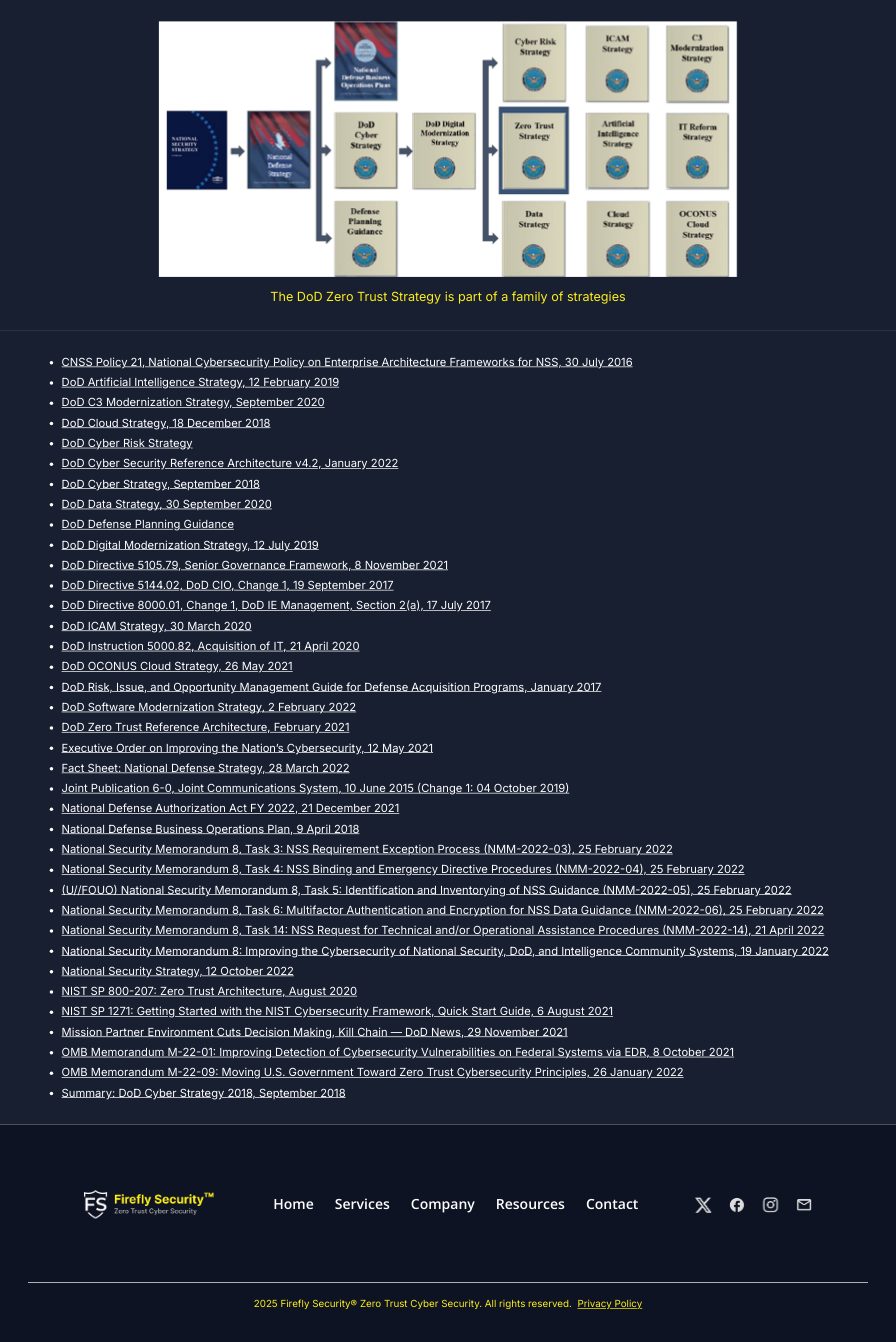
Repository: MAsif804/firefly-security
Page: /resources
The author's editor kept a copy of each file at every save. The page is drawn from the files as they stood at one save, then again after the next save.
The browser window is 1280 px wide. The pictures show the part of the page from y = 2032 to 3952 px (the page is 3949 px tall before and 3952 px after), at 70% of full size.
The project was rebuilt for these pictures with package versions that can differ from the ones it lists, and the page was loaded fresh each time. Also part of the build but not shown: vite.config.ts, src/components/ui/button.tsx, src/components/landing/hero.tsx, src/components/landing/zero-trust.tsx, src/components/ui/card.tsx, src/components/landing/zero-tenants.tsx, src/components/landing/benefite.tsx, src/components/landing/approach.tsx and 12 more.

Above is the page before, as saved 2025-08-02 11:36:04.

### index.html
<!DOCTYPE html>
<html lang="en">
  <head>
    <meta charset="UTF-8" />
    <link rel="icon" type="image/svg+xml" href="/logo.png" />
    <meta name="viewport" content="width=device-width, initial-scale=1.0" />
    <link rel="preconnect" href="https://fonts.googleapis.com" />
    <link rel="preconnect" href="https://fonts.gstatic.com" crossorigin />
    <link rel="preconnect" href="https://fonts.googleapis.com" />
    <link rel="preconnect" href="https://fonts.gstatic.com" crossorigin />
    <link
      href="https://fonts.googleapis.com/css2?family=Inter:ital,opsz,wght@0,14..32,100..900;1,14..32,100..900&family=Manrope:wght@200..800&family=Open+Sans:ital,wght@0,300..800;1,300..800&family=Plus+Jakarta+Sans:ital,wght@0,200..800;1,200..800&family=Roboto:ital,wght@0,100..900;1,100..900&display=swap"
      rel="stylesheet"
    />
    <title>Firefly Security</title>
  </head>
  <body>
    <div id="root"></div>
    <script type="module" src="/src/main.tsx"></script>
  </body>
</html>

### src/App.tsx
import { BrowserRouter, Route, Routes } from "react-router-dom";
import Footer from "./components/ui/footer";
import Header from "./components/ui/header";
import LandingPage from "./pages/landing";
import Services from "./pages/services";
import Company from "./pages/company";
import ResourcesPage from "./pages/resources";
import Contact from "./pages/contact";

const App = () => {
  return (
    <>
      <Header />
      <BrowserRouter>
        <Routes>
          <Route path="/" element={<LandingPage />} />
          <Route path="/services" element={<Services />} />
          <Route path="/company" element={<Company />} />
          <Route path="/resources" element={<ResourcesPage />} />
          <Route path="/contact" element={<Contact />} />
        </Routes>
      </BrowserRouter>
      <Footer />
    </>
  );
};

export default App;

### src/components/ui/footer.tsx


import { useState } from "react";

const Footer = () => {
  const [isMobileMenuOpen, setIsMobileMenuOpen] = useState(false);

  return (
    <footer className="flex w-full max-w-[1440px] mx-auto items-center justify-center pt-10 sm:pt-14 md:pt-[60px] lg:pt-[80px] pb-8 sm:pb-10 md:pb-[35px] lg:pb-[45px] px-4 sm:px-6 md:px-[30px] lg:px-[40px] bg-[#0D1323]">
      <div className="flex w-full items-center flex-col gap-8 sm:gap-12 md:gap-[50px] lg:gap-[77px]">
        {/* Footer Top Section */}
        <div className="flex w-full flex-col md:flex-row px-0 sm:px-6 md:px-[20px] lg:px-[40px] xl:px-[80px] items-center justify-between gap-8 md:gap-0">
          {/* Logo */}
          <div className="flex items-center gap-2 sm:gap-[10px] w-auto sm:w-[192px]">
            <img src="/logo.png" alt="Firefly Security Logo" className="w-[28px] sm:w-[33px] h-[35px] sm:h-[40px] aspect-[33/40]" />
            <img src="/logo-text.png" alt="Firefly Security" className="w-[120px] sm:w-[142px]" />
          </div>

          {/* Mobile Menu Toggle */}
          <button
            className="md:hidden flex flex-col justify-center items-center p-2 rounded-md text-white hover:text-[#FDED1B] focus:outline-none"
            onClick={() => setIsMobileMenuOpen(!isMobileMenuOpen)}
            aria-label="Toggle footer menu"
          >
            {isMobileMenuOpen ? "Close Menu" : "Menu & Social"}
          </button>

          {/* Navigation and Social Icons - Desktop */}
          <div className="hidden md:flex items-center gap-6 lg:gap-[40px] xl:gap-[80px]">
            <ul className="flex py-4 md:py-[20px] items-center gap-3 md:gap-4 lg:gap-[20px] xl:gap-[30px]">
              <a href="/">
                <li className="cursor-pointer hover:text-[#FDED1B] data-[state=active]:text-[#FDED1B] text-white font-Open text-base sm:text-lg lg:text-[18px] xl:text-[20px] font-semibold">Home</li>
              </a>
              <a href="/services">
                <li className="cursor-pointer hover:text-[#FDED1B] data-[state=active]:text-[#FDED1B] text-white font-Open text-base sm:text-lg lg:text-[18px] xl:text-[20px] font-semibold">Services</li>
              </a>
              <a href="/company">
                <li className="cursor-pointer hover:text-[#FDED1B] data-[state=active]:text-[#FDED1B] text-white font-Open text-base sm:text-lg lg:text-[18px] xl:text-[20px] font-semibold">Company</li>
              </a>
              <a href="/resources">
                <li className="cursor-pointer hover:text-[#FDED1B] data-[state=active]:text-[#FDED1B] text-white font-Open text-base sm:text-lg lg:text-[18px] xl:text-[20px] font-semibold">Resources</li>
              </a>
              <a href="/contact">
                <li className="cursor-pointer hover:text-[#FDED1B] data-[state=active]:text-[#FDED1B] text-white font-Open text-base sm:text-lg lg:text-[18px] xl:text-[20px] font-semibold">Contact</li>
              </a>
            </ul>
            <div className="flex items-center gap-4 sm:gap-[24px]">
              <a href="#" aria-label="Twitter">
                <img src="/twitter.png" alt="Twitter" className="w-5 h-5 sm:w-[24px] sm:h-[24px] aspect-square hover:opacity-80" />
              </a>
              <a href="#" aria-label="Facebook">
                <img src="/facebook.png" alt="Facebook" className="w-5 h-5 sm:w-[24px] sm:h-[24px] aspect-square hover:opacity-80" />
              </a>
              <a href="#" aria-label="Instagram">
                <img src="/instagram.png" alt="Instagram" className="w-5 h-5 sm:w-[24px] sm:h-[24px] aspect-square hover:opacity-80" />
              </a>
              <a href="#" aria-label="Mail">
                <img src="/mail.png" alt="Mail" className="w-5 h-5 sm:w-[24px] sm:h-[24px] aspect-square hover:opacity-80" />
              </a>
            </div>
          </div>

          {/* Mobile Navigation and Social Icons */}
          {isMobileMenuOpen && (
            <div className="md:hidden w-full flex flex-col items-center gap-6">
              <ul className="flex flex-col w-full items-center gap-4 py-4">
                <a href="/" className="w-full text-center">
                  <li className="cursor-pointer hover:text-[#FDED1B] data-[state=active]:text-[#FDED1B] text-white font-Open text-lg font-semibold py-2">Home</li>
                </a>
                <a href="/services" className="w-full text-center">
                  <li className="cursor-pointer hover:text-[#FDED1B] data-[state=active]:text-[#FDED1B] text-white font-Open text-lg font-semibold py-2">Services</li>
                </a>
                <a href="/company" className="w-full text-center">
                  <li className="cursor-pointer hover:text-[#FDED1B] data-[state=active]:text-[#FDED1B] text-white font-Open text-lg font-semibold py-2">Company</li>
                </a>
                <a href="/resources" className="w-full text-center">
                  <li className="cursor-pointer hover:text-[#FDED1B] data-[state=active]:text-[#FDED1B] text-white font-Open text-lg font-semibold py-2">Resources</li>
                </a>
                <a href="/contact" className="w-full text-center">
                  <li className="cursor-pointer hover:text-[#FDED1B] data-[state=active]:text-[#FDED1B] text-white font-Open text-lg font-semibold py-2">Contact</li>
                </a>
              </ul>
              <div className="flex items-center justify-center gap-6 py-4">
                <a href="#" aria-label="Twitter">
                  <img src="/twitter.png" alt="Twitter" className="w-6 h-6 aspect-square hover:opacity-80" />
                </a>
                <a href="#" aria-label="Facebook">
                  <img src="/facebook.png" alt="Facebook" className="w-6 h-6 aspect-square hover:opacity-80" />
                </a>
                <a href="#" aria-label="Instagram">
                  <img src="/instagram.png" alt="Instagram" className="w-6 h-6 aspect-square hover:opacity-80" />
                </a>
                <a href="#" aria-label="Mail">
                  <img src="/mail.png" alt="Mail" className="w-6 h-6 aspect-square hover:opacity-80" />
                </a>
              </div>
            </div>
          )}
        </div>

        {/* Footer Bottom Section */}
        <div className="flex w-full flex-col items-center gap-4 sm:gap-[20px]">
          <hr className="w-full bg-[#3E4550] h-[1px]"/>
          <p className="text-[#FDED1B] font-Inter text-xs sm:text-[14px] font-normal leading-normal sm:leading-[20px] text-center px-4">
            2025 Firefly Security® Zero Trust Cyber Security. All rights reserved. {""}
            <span className="text-[#FDED1B] font-Inter text-xs sm:text-[14px] underline font-normal leading-normal sm:leading-[20px] cursor-pointer hover:text-[#FDED1B] ml-1">Privacy Policy</span>
          </p>
        </div>
      </div>
    </footer>
  )
};

export default Footer;

### src/components/ui/header.tsx
import { cn } from "@/lib/utils";


const Header = () => {
  return (
    <nav className="flex w-full max-w-[1440px]  mx-auto items-center justify-center py-[7px] px-[77px] bg-[#334155]">
      <div className="flex  w-full items-center justify-between">
        <div className="flex items-center gap-[10px] w-[192px]">
          <img src="/logo.png" alt="" className="w-[33px] h-[40px] aspect-[33/40]" />
          <img src="/logo-text.png" alt="" className="w-[142px] " />
        </div>
        <div className="flex items-center gap-[42px]">
          <ul className="flex py-[20px] items-center gap-[30px]">
            <a href="/">
              <li className="cursor-pointer hover:text-white data-[state=active]:text-white text-[#FDED1B] font-Open text-[20px] font-semibold ">Home</li>
            </a>
            <a href="/services">
              <li className="cursor-pointer hover:text-white data-[state=active]:text-white text-[#FDED1B] font-Open text-[20px] font-semibold ">Services</li>
            </a>
            <a href="/company">
              <li className="cursor-pointer hover:text-white data-[state=active]:text-white text-[#FDED1B] font-Open text-[20px] font-semibold ">Company</li>
            </a>
            <a href="/resources">
              <li className="cursor-pointer hover:text-white data-[state=active]:text-white text-[#FDED1B] font-Open text-[20px] font-semibold ">Resources</li>
            </a>
            <a href="/contact">
              <li className="cursor-pointer hover:text-white data-[state=active]:text-white text-[#FDED1B] font-Open text-[20px] font-semibold ">Contact</li>
            </a>
          </ul>
          <div className="relative flex h-[42px] w-full flex-col items-center gap-[12px]">
            <input
              placeholder="Search"

              className={cn(
                "w-full h-[42px] px-[20px] py-[10px] pl-[2.25rem] placeholder:text-[16px]",
                " placeholder:text-[#BCBCBC] rounded-[12px] border border-[#FDED1B]",
                "font-poppins bg-transparent text-[16px]/normal font-normal not-italic text-[#BCBCBC]",
                "tracking-[0.64px] focus-visible:ring-none focus-visible:ring-0"
              )}
            />
            <svg
              className="absolute left-2.5 top-1/2 h-5 w-5 -translate-y-1/2 text-[#BCBCBC]"
              xmlns="http://www.w3.org/2000/svg"
              width="20"
              height="20"
              viewBox="0 0 20 20"
              fill="none"
            >
              <path
                d="M17.5 17.5L13.875 13.875M15.8333 9.16667C15.8333 12.8486 12.8486 15.8333 9.16667 15.8333C5.48477 15.8333 2.5 12.8486 2.5 9.16667C2.5 5.48477 5.48477 2.5 9.16667 2.5C12.8486 2.5 15.8333 5.48477 15.8333 9.16667Z"
                stroke="#546571"
                strokeWidth="1.66667"
                strokeLinecap="round"
                strokeLinejoin="round"
              />
            </svg>
          </div>
        </div>
      </div>
    </nav>
  );
};

export default Header;

### src/pages/resources.tsx
import Hero from "@/components/resources/hero";
import CyberSecurity from "@/components/resources/cyber-security";
import Executive from "@/components/resources/executive";
import Resources from "@/components/resources/resources";
import ResourceText from "@/components/resources/resource-text";
const ResourcesPage = () => {
    return (
        <div>
            <Hero/>
            <CyberSecurity/>
            <Executive/>
            <Resources/>
            <ResourceText/>
        </div>
    );
};
export default ResourcesPage;

### src/components/resources/hero.tsx

const Hero = () => {
  return (
    <section className="relative w-full min-h-[500px] h-screen flex items-center bg-[#0D1323] overflow-hidden">
      {/* Background pattern */}
      <div className="absolute inset-0 bg-[#1E293BB2] opacity-20"
           style={{
             backgroundImage: `url("/hero.png")`,
             backgroundSize: "cover",
             backgroundPosition: "center",
           }}
      />
      <div className="w-full px-4 sm:px-6 md:px-10 lg:px-[88px]">
        <div className="w-full max-w-xs sm:max-w-md md:max-w-lg lg:w-[560px] px-2 sm:pl-4 md:pl-8 mx-auto text-center lg:text-left lg:mx-0">
          <h1 className="text-xl sm:text-2xl md:text-[24px] lg:text-[40px] font-Inter font-medium text-white leading-normal sm:leading-relaxed md:leading-[50px] mb-4 sm:mb-6">
            Cybersecurity Resources, Insights & Tools
          </h1>

        </div>
        <p className="text-xs sm:text-sm md:text-[14px] w-full max-w-xs sm:max-w-md md:max-w-lg lg:max-w-[700px] px-2 sm:pl-4 md:pl-8 font-medium font-Inter leading-normal sm:leading-6 text-[#FDED1B] mb-4 sm:mb-6 md:mb-8 mx-auto lg:mx-0">
          Stay ahead of evolving cyber threats with our curated library of Zero Trust guides, whitepapers, case studies, and expert insights designed to strengthen your digital defense.
        </p>
      </div>
    </section>
  );
};

export default Hero;

### src/components/resources/cyber-security.tsx


const CyberSecurity = () => {
    return (
        <section className="flex w-full max-w-[1440px] mx-auto px-4 sm:px-6 md:px-10 lg:px-[88px] py-8 sm:py-10 md:py-[60px] justify-center items-center bg-[#171F31]">
            <div className="flex w-full flex-col md:flex-row items-center justify-between gap-8 md:gap-6 lg:gap-10">
                <div className="flex w-full md:w-1/2 flex-col items-start gap-5 sm:gap-6 md:gap-[25px]">
                    <h6 className="text-[#FDED1B] font-Inter text-xl sm:text-2xl md:text-[27px] font-medium leading-normal sm:leading-tight md:leading-[25px]">
                        What is the purpose of Cyber Security?
                    </h6>
                    <p className="text-[#ffffff] font-Inter text-sm sm:text-base md:text-[18px] leading-relaxed sm:leading-[22px] font-normal">
                        The main purpose of Cyber Security is to protect data. Previous versions of cybersecurity Frameworks focused on users. strong complex passwords, rotate every 30 days MFA build strong parameters to keep unauthorized users out.
                    </p>
                    <h6 className="text-[#FDED1B] font-Inter text-xl sm:text-2xl md:text-[27px] font-medium leading-normal sm:leading-tight md:leading-[25px]">
                        Zero Trust - The focus in the data
                    </h6>
                    <p className="text-[#ffffff] font-Inter text-sm sm:text-base md:text-[18px] leading-relaxed sm:leading-[22px] font-normal">
                        This shift in philosophy ia a significant change for the cyber security approach and represents a major cultural change throughout the DoD Cybersecurity system.
                    </p>
                </div>
                <img src="/resources-1.png" alt="Cybersecurity illustration" className="w-full max-w-[300px] sm:max-w-[350px] md:max-w-[402px] h-auto object-contain" />
            </div>
        </section>
    );
};
export default CyberSecurity;

### src/components/resources/executive.tsx



const Executive = () => {
    return (
        <section className="flex w-full max-w-[1440px] mx-auto px-4 sm:px-6 md:px-10 lg:px-[88px] py-6 sm:py-8 md:py-[35px] justify-center items-center bg-[#171F31]">
            <div className="flex w-full flex-col items-start gap-6 sm:gap-8 md:gap-[45px]">
                <h6 className="text-[#FDED1B] font-Inter text-xl sm:text-2xl md:text-[27px] font-medium leading-normal sm:leading-tight md:leading-[25px] text-center md:text-left w-full">
                    Executive Order (EO) 1408 May 12, 2021
                </h6>
                <img
                    src="/resources-2.png"
                    alt="Executive Order 14028 infographic"
                    className="w-full h-auto object-contain rounded-lg shadow-lg"
                    loading="lazy"
                />
            </div>
        </section>
    );
};
export default Executive;

### src/components/resources/resources.tsx

const Resources = () => {
    return (
        <section className="flex w-full max-w-[1440px] mx-auto px-[88px] py-[35px] justify-center items-center bg-[#171F31]">
            <div className="flex w-full flex-col items-start gap-[45px]">
                <h6 className="text-[#FDED1B] text-left font-Inter text-[27px] font-medium leading-[25px]">
                    Resources
                </h6>
                <div className="flex w-full flex-col items-center justify-center">
                    <img src="/resources-3.png" alt="" className="w-[826px] h-[365px]  " />
                    <p className="text-[#FDED1B] text-left font-Inter text-[18px] font-normal leading-[25px] mt-4">
                        The DoD Zero Trust Strategy is part of a family of strategies
                    </p>
                </div>

            </div>

        </section>
    );
};
export default Resources;

Loaded but not shown: src/main.tsx (common file); src/index.css (common file); src/lib/utils.ts (common file); tailwind.config.js (70 lines, source omitted); src/components/resources/resource-text.tsx (128 lines, source omitted)

After the next save:
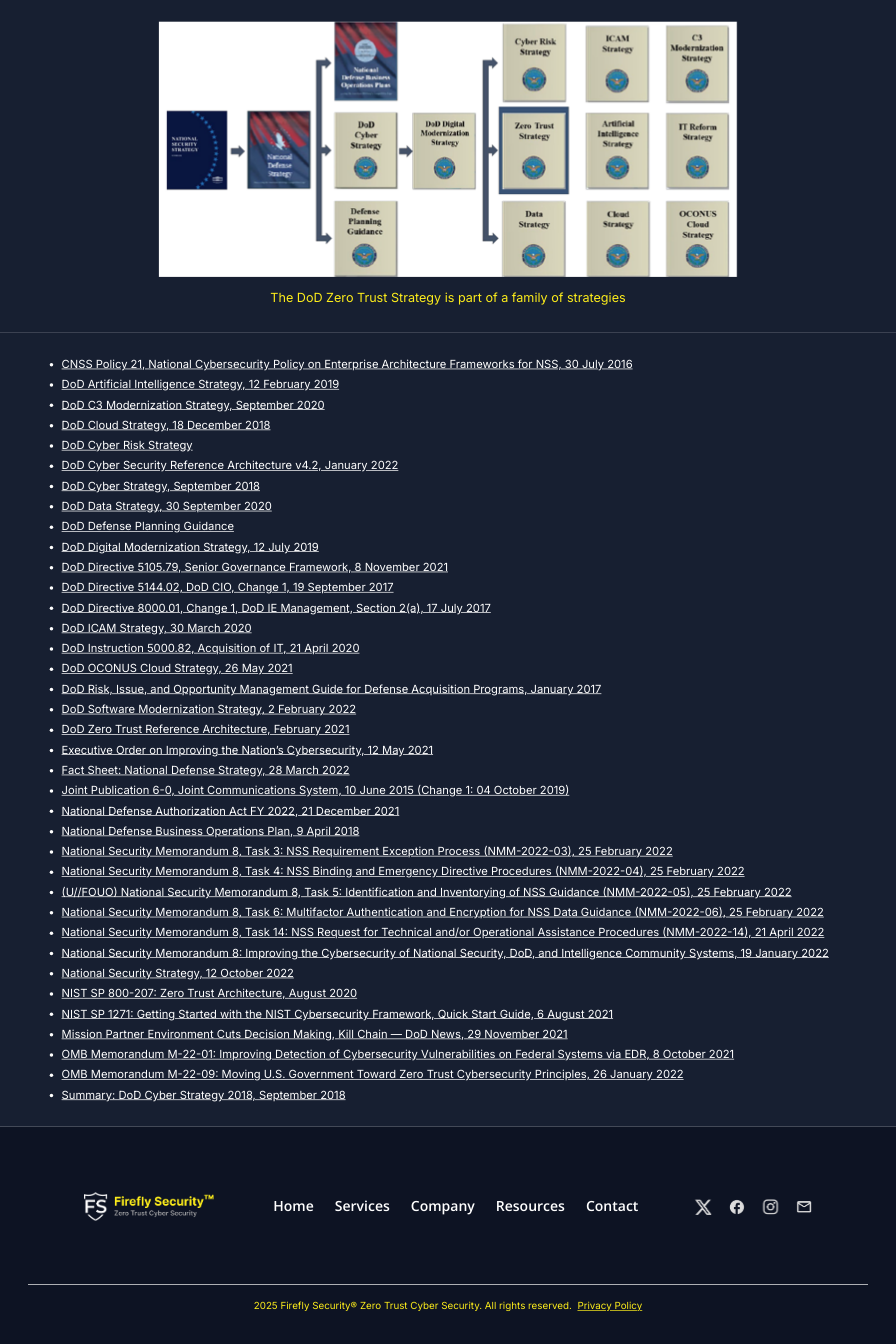
Saved 98 s later.
--- a/src/components/resources/resources.tsx
+++ b/src/components/resources/resources.tsx
@@ -1,21 +1,25 @@
-
 const Resources = () => {
     return (
-        <section className="flex w-full max-w-[1440px] mx-auto px-[88px] py-[35px] justify-center items-center bg-[#171F31]">
-            <div className="flex w-full flex-col items-start gap-[45px]">
-                <h6 className="text-[#FDED1B] text-left font-Inter text-[27px] font-medium leading-[25px]">
+        <section className="w-full max-w-[1440px] mx-auto px-4 sm:px-6 md:px-8 lg:px-[88px] py-6 sm:py-8 md:py-[35px] bg-[#171F31]">
+            <div className="w-full flex flex-col items-start gap-6 sm:gap-8 md:gap-[45px]">
+                <h6 className="text-[#FDED1B] text-left font-Inter text-xl sm:text-2xl md:text-[27px] font-medium leading-tight sm:leading-tight md:leading-[25px]">
                     Resources
                 </h6>
-                <div className="flex w-full flex-col items-center justify-center">
-                    <img src="/resources-3.png" alt="" className="w-[826px] h-[365px]  " />
-                    <p className="text-[#FDED1B] text-left font-Inter text-[18px] font-normal leading-[25px] mt-4">
+                <div className="w-full flex flex-col items-center justify-center">
+                    <div className="w-full max-w-full overflow-hidden">
+                        <img
+                            src="/resources-3.png"
+                            alt="Resources illustration"
+                            className="w-full h-auto max-w-[826px] mx-auto"
+                        />
+                    </div>
+                    <p className="text-[#FDED1B] text-center sm:text-left font-Inter text-base sm:text-lg md:text-[18px] font-normal leading-normal mt-3 sm:mt-4 px-2 sm:px-0">
                         The DoD Zero Trust Strategy is part of a family of strategies
                     </p>
                 </div>
-
             </div>
-
         </section>
     );
 };
+
 export default Resources;
